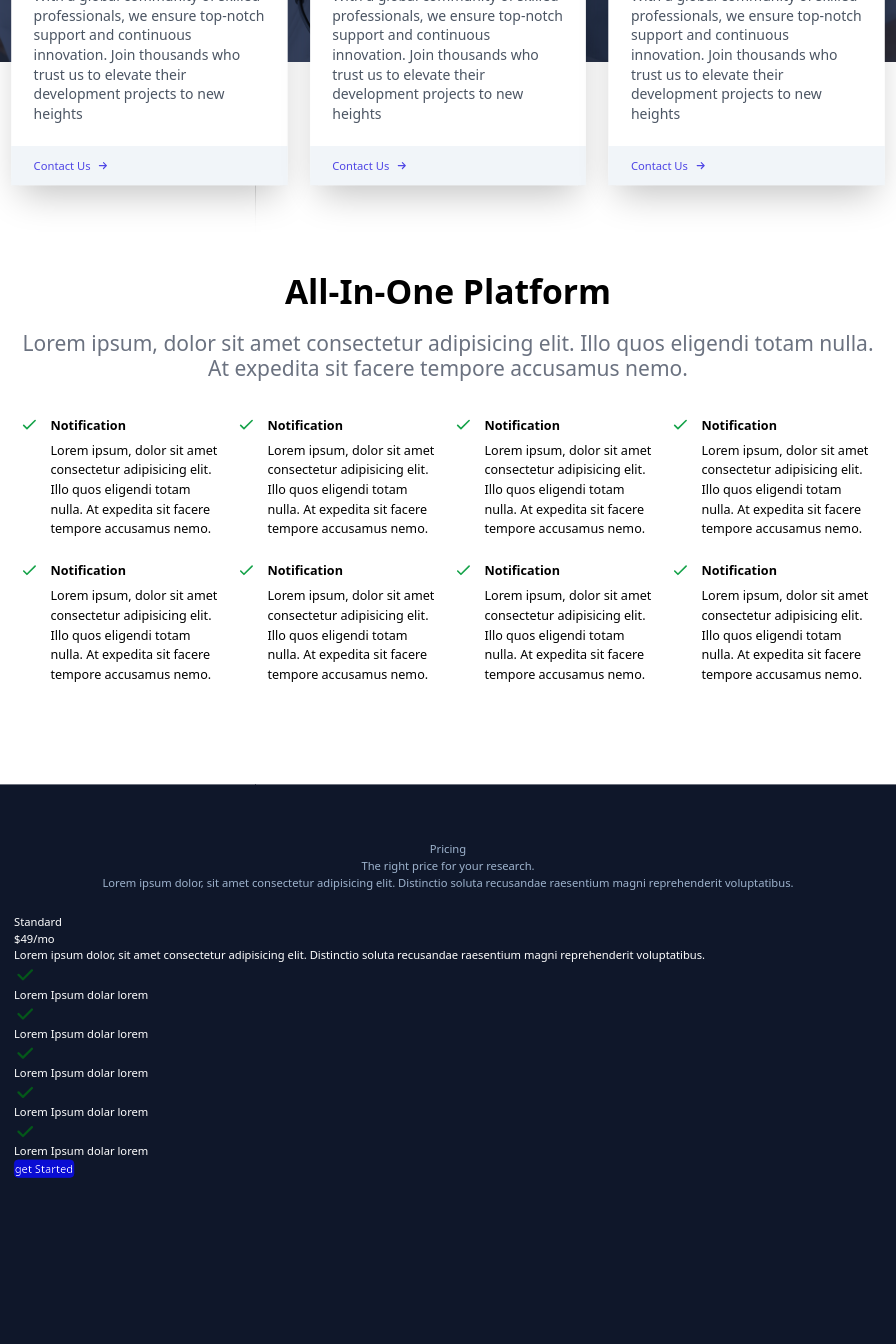
Repository: adrcstro/react-project-2
Page: /
The author's editor kept a copy of each file at every save. The page is drawn from the files as they stood at one save, then again after the next save.
The browser window is 1280 px wide. The pictures show the part of the page from y = 1882 to 3802 px (the page is 3802 px tall), at 70% of full size.
The project was rebuilt for these pictures with package versions that can differ from the ones it lists, and the page was loaded fresh each time.

Above is the page before, as saved 2024-08-16 07:48:51.

### src/index.js
import React from 'react';
import ReactDOM from 'react-dom/client';
import './index.css';
import App from './App';

const root = ReactDOM.createRoot(document.getElementById('root'));
root.render(

    <App />

);

### src/index.css
@tailwind base;
@tailwind components;
@tailwind utilities;

@layer base{
    li{
       @apply p-4
    }
    button{
        @apply text-white border bg-indigo-600 border-indigo-600
        hover:bg-transparent hover:text-indigo-600 rounded-md
    }
}

### src/App.js
import About from "./components/About";
import AllinOne from "./components/AllinOne";
import Hero from "./components/Hero";
import Navbar from "./components/Navbar";
import Pricing from "./components/Pricing";
import Support from "./components/Support";



function App() {
  return (
    <>
<Navbar/>
<Hero/>
<About />
<Support />
<AllinOne/>
<Pricing />
    </>

  );
}

export default App;

### src/components/About.jsx
import React from 'react'

function About() {
  return (
    <div className='w-full my-32'>
        <div className='max-w-[1240px] mx-auto'>
          <div className='text-center'>
            <h2 className='text-5xl font-bold'>Trusted by developers across the world</h2>
            <p className='text-3xl py6 text-gray-500 px-3'>Trusted by developers across the world, our platform stands as a reliable choice for building robust
             applications. With a global community of skilled professionals.</p>
          </div>

          <div className='grid md:grid-cols-3 gap-3 px-2 text-center mt-4'>
             <div className='border py-8 rounded-xl shadow-xl'>
              <p className='text-6xl font-bold text-indigo-600'>100%</p>
              <p className='text-gray-400 mt-2'>Completion</p>
             </div>
             <div className='border py-8 rounded-xl shadow-xl'>
              <p className='text-6xl font-bold text-indigo-600'>24/7</p>
              <p className='text-gray-400 mt-2'>Delivery</p>
             </div>
             <div className='border py-8 rounded-xl shadow-xl'>
              <p className='text-6xl font-bold text-indigo-600'>100K</p>
              <p  className='text-gray-400 mt-2'>Transaction</p>
             </div>
          </div>
        </div>
    </div>
  )
}

export default About

### src/components/AllinOne.jsx
import React from 'react'
import { CheckIcon } from '@heroicons/react/outline'
function AllinOne() {
  return (
    <div className='w-full my-32'>
        <div className='max-w-[1240px] mx-auto px-2'>
            <h2 className='text-5xl font-bold text-center'>All-In-One Platform</h2>
            <p className='text-3xl py-8 text-gray-500 text-center'>Lorem ipsum, dolor sit amet consectetur adipisicing elit. Illo quos eligendi
            totam nulla. At expedita sit facere tempore accusamus nemo.</p>
        <div className='grid sm:grid-cols-2 lg:grid-cols-4 gap-4 pt-4'>

            <div>
                <div className='flex'>
                <div>
                <CheckIcon className='w-7 mr-4 text-green-600'/>
                </div>
                    <div className=''>
                        <h3 className='font-bold text-lg'>Notification</h3>
                        <p className='text-lg pt-2 pb-4'>Lorem ipsum, dolor sit amet consectetur adipisicing elit. Illo quos eligendi
                        totam nulla. At expedita sit facere tempore accusamus nemo.</p>
                    </div>
                </div>
            </div>
            <div>
                <div className='flex'>
                <div>
                <CheckIcon className='w-7 mr-4 text-green-600'/>
                </div>
                    <div className=''>
                        <h3 className='font-bold text-lg'>Notification</h3>
                        <p className='text-lg pt-2 pb-4'>Lorem ipsum, dolor sit amet consectetur adipisicing elit. Illo quos eligendi
                        totam nulla. At expedita sit facere tempore accusamus nemo.</p>
                    </div>
                </div>
            </div>
            <div>
                <div className='flex'>
                <div>
                <CheckIcon className='w-7 mr-4 text-green-600'/>
                </div>
                    <div className=''>
                        <h3 className='font-bold text-lg'>Notification</h3>
                        <p className='text-lg pt-2 pb-4'>Lorem ipsum, dolor sit amet consectetur adipisicing elit. Illo quos eligendi
                        totam nulla. At expedita sit facere tempore accusamus nemo.</p>
                    </div>
                </div>
            </div>
            <div>
                <div className='flex'>
                <div>
                <CheckIcon className='w-7 mr-4 text-green-600'/>
                </div>
                    <div className=''>
                        <h3 className='font-bold text-lg'>Notification</h3>
                        <p className='text-lg pt-2 pb-4'>Lorem ipsum, dolor sit amet consectetur adipisicing elit. Illo quos eligendi
                        totam nulla. At expedita sit facere tempore accusamus nemo.</p>
                    </div>
                </div>
            </div>
            <div>
                <div className='flex'>
                <div>
                <CheckIcon className='w-7 mr-4 text-green-600'/>
                </div>
                    <div className=''>
                        <h3 className='font-bold text-lg'>Notification</h3>
                        <p className='text-lg pt-2 pb-4'>Lorem ipsum, dolor sit amet consectetur adipisicing elit. Illo quos eligendi
                        totam nulla. At expedita sit facere tempore accusamus nemo.</p>
                    </div>
                </div>
            </div>
            <div>
                <div className='flex'>
                <div>
                <CheckIcon className='w-7 mr-4 text-green-600'/>
                </div>
                    <div className=''>
                        <h3 className='font-bold text-lg'>Notification</h3>
                        <p className='text-lg pt-2 pb-4'>Lorem ipsum, dolor sit amet consectetur adipisicing elit. Illo quos eligendi
                        totam nulla. At expedita sit facere tempore accusamus nemo.</p>
                    </div>
                </div>
            </div>
            <div>
                <div className='flex'>
                <div>
                <CheckIcon className='w-7 mr-4 text-green-600'/>
                </div>
                    <div className=''>
                        <h3 className='font-bold text-lg'>Notification</h3>
                        <p className='text-lg pt-2 pb-4'>Lorem ipsum, dolor sit amet consectetur adipisicing elit. Illo quos eligendi
                        totam nulla. At expedita sit facere tempore accusamus nemo.</p>
                    </div>
                </div>
            </div>
            <div>
                <div className='flex'>
                <div>
                <CheckIcon className='w-7 mr-4 text-green-600'/>
                </div>
                    <div className=''>
                        <h3 className='font-bold text-lg'>Notification</h3>
                        <p className='text-lg pt-2 pb-4'>Lorem ipsum, dolor sit amet consectetur adipisicing elit. Illo quos eligendi
                        totam nulla. At expedita sit facere tempore accusamus nemo.</p>
                    </div>
                </div>
            </div>

        </div>
        </div>
    </div>
  )
}

export default AllinOne

### src/components/Hero.jsx
import React from 'react'
import {
  CloudUploadIcon,
  DatabaseIcon,
  PaperAirplaneIcon,
  ServerIcon,
} from '@heroicons/react/solid'

import bgImg from '../assets/cyber-bg.png'

function Hero() {
  return (
    <div className='w-full h-screen bg-zinc-200 flex flex-col justify-between'>
<div className='grid md:grid-cols-2 max-w-[1240px] m-auto'>
       <div className='flex flex-col justify-center md:items-start w-full px-2 py-8'>
        <p className='text-2xl'>Unique Sequencing & Production</p>
        <h1 className='py-3 text-5xl md:text-7xl font-bold'>Cloud Management</h1>
        <p className='text-2xl'>This is our Tech brand</p>
        <button className='py-3 px-6 sm:w-[60%] my-4 '>Get Started</button>
       </div>
       <div>
    <img className='w-full' src={bgImg} alt='/' />
       </div>
<div className='absolute flex flex-col py-8 md:min-w-[760px] bottom-[5%] mx-1 md:left-1/2
transform md:-translate-x-1/2 bg-zinc-200 border border-slate-300 rounded-xl text-center shadow-xl'>
  <p>Data Services</p>
  <div className='flex justify-between flex-wrap px-4'>
    <p className='flex px-4 py-2 text-slate-500'><CloudUploadIcon className='h-6 text-indigo-600' /> App Security</p>
    <p className='flex px-4 py-2 text-slate-500'><DatabaseIcon className='h-6 text-indigo-600' /> Dashboard</p>
    <p className='flex px-4 py-2 text-slate-500'><PaperAirplaneIcon className='h-6 text-indigo-600' /> Cloud Data</p>
    <p className='flex px-4 py-2 text-slate-500'><ServerIcon className='h-6 text-indigo-600' /> API</p>
  </div>
</div>
</div>
    </div>
  )
}

export default Hero

### src/components/Navbar.jsx
import React ,{useState} from 'react'
import {MenuIcon, XIcon} from '@heroicons/react/outline'

function Navbar() {

const [nav, setNav] = useState(false)
const handleClick = () => setNav(!nav)



  return (
    <div className='w-screen h-[80px] z-10 bg-zinc-200 fixed drop-shadow-lg'>
    <div className='px-2 flex justify-between items-center  w-full h-full'>
<div className='flex items-center'>
  <h1 className='text-3xl font-bold mr-4 sm:text-4xl'>BRANS.</h1>
  <ul className='hidden  md:flex'>
<li>Home</li>
<li>About</li>
<li>Support</li>
<li>Platforms</li>
<li>Pricing</li>
  </ul>
</div>
<div className='hidden md:flex pr-4'>
  <button className='border-none bg-transparent text-black mr-4'>Sign In</button>
  <button className='px-8 py-3'>Sign Up</button>
</div>

    <div  className='md:hidden mr-4' onClick={handleClick}>
    {!nav ? <MenuIcon className="w-5"/> : <XIcon className='w-5'/>}

    </div>
    </div>
<ul className={!nav ? 'hidden' : 'absolute bg-zinc-200 w-full px-8'}>
<li className='border-b-2 border-zinc-300 w-full'>Home</li>
<li className='border-b-2 border-zinc-300 w-full'>About</li>
<li className='border-b-2 border-zinc-300 w-full'>Support</li>
<li className='border-b-2 border-zinc-300 w-full'>Platforms</li>
<li className='border-b-2 border-zinc-300 w-full'>Pricing</li>
<div className='flex flex-col my-4'>
<button className='bg-transparent  text-indigo-600 px-8 py-3 mb-4'>Sign In</button>
<button className='px-8 py-3'>Sign Up</button>
</div>
</ul>

    </div>

  )
}

export default Navbar

### src/components/Pricing.jsx
import React from 'react'
import { CheckIcon } from '@heroicons/react/solid'
function Pricing() {
  return (
    <div className='w-full text-white my-24'>
        <div className='w-full h-[800px] bg-slate-900 absolute mix-blend-overlay'></div>
        <div className='max-w-[1240px] mx-auto py-12'>
        <div className='text-center py-8 text-slate-300'>
            <h2  >Pricing</h2>
            <h3>The right price for your
            research.</h3>
            <p>Lorem ipsum dolor, sit amet consectetur
             adipisicing elit. Distinctio soluta recusandae
             raesentium magni reprehenderit voluptatibus.</p>
        </div>
       <div>
        <div>
            <span>Standard</span>
            <div>
                <p>$49<span>/mo</span></p>
            </div>
            <p>Lorem ipsum dolor, sit amet consectetur
             adipisicing elit. Distinctio soluta recusandae
             raesentium magni reprehenderit voluptatibus.</p>
             <div>
                <p><CheckIcon className='w-8 mr-5 text-green-600'/> Lorem Ipsum dolar lorem</p>
                <p><CheckIcon className='w-8 mr-5 text-green-600'/> Lorem Ipsum dolar lorem</p>
                <p><CheckIcon className='w-8 mr-5 text-green-600'/> Lorem Ipsum dolar lorem</p>
                <p><CheckIcon className='w-8 mr-5 text-green-600'/> Lorem Ipsum dolar lorem</p>
                <p><CheckIcon className='w-8 mr-5 text-green-600'/> Lorem Ipsum dolar lorem</p>
                <button>get Started</button>
             </div>
        </div>
       </div>



        </div>
    </div>
  )
}

export default Pricing

### src/components/Support.jsx
import React from 'react'
import {PhoneIcon, ArrowSmRightIcon} from '@heroicons/react/outline';
import {ChipIcon, SupportIcon} from '@heroicons/react/solid'

import supportImg from '../assets/support.jpg'
function Support() {
  return (
    <div className='w-full  mt-24'>
        <div className='w-full h-[700px] bg-gray-900/90 absolute'>
            <img className='w-full h-full object-cover mix-blend-overlay' src={supportImg} alt='/' />
        </div>
        <div className='w-max-w-[1240px] mx-auto text-white relative'>
            <div className='px-4 py-12'>
                <h2 className='text-3xl pt-8 text-slate-300 uppercase text-center'>Support</h2>
                <h3 className='text-5xl font-bold py-6 text-center'>Finding the right team</h3>
                <p className='py-4 text-3xl text-center text-slate-300 '>With a global community of skilled professionals, we ensure top-notch support and continuous innovation. Join thousands
                 who trust us to elevate their development projects to new heights</p>
            </div>


            <div className='grid grid-cols-1 lg:grid-cols-3 relative gap-x-8 gap-y-16 px-4 pt-12 sm:pt-20 text-black'>
            <div className='bg-white rounded-xl shadow-2xl'>
                 <div className='p-8'>
                    <PhoneIcon className='w-16 p-4 bg-indigo-600 text-white rounded-lg mt-[-4rem]'/>
                    <h3 className='font-bold text-2xl my-6'>Sales</h3>
                    <p className='text-gray-600 text-xl '>With a global community of skilled professionals, we ensure top-notch support and continuous innovation. Join thousands who trust us to elevate their development projects to new heights</p>
                 </div>
                 <div className='bg-slate-100 pl-8 py-4'>
                    <p className='flex items-center text-indigo-600'>Contact Us <ArrowSmRightIcon className='w-5 ml-2'/> </p>
                 </div>
            </div>
            <div className='bg-white rounded-xl shadow-2xl'>
                 <div className='p-8'>
                    <SupportIcon className='w-16 p-4 bg-indigo-600 text-white rounded-lg mt-[-4rem]'/>
                    <h3 className='font-bold text-2xl my-6'>Technical Support</h3>
                    <p className='text-gray-600 text-xl '>With a global community of skilled professionals, we ensure top-notch support and continuous innovation. Join thousands who trust us to elevate their development projects to new heights</p>
                 </div>
                 <div className='bg-slate-100 pl-8 py-4'>
                    <p className='flex items-center text-indigo-600'>Contact Us <ArrowSmRightIcon className='w-5 ml-2'/> </p>
                 </div>
            </div>
            <div className='bg-white rounded-xl shadow-2xl'>
                 <div className='p-8'>
                    <ChipIcon className='w-16 p-4 bg-indigo-600 text-white rounded-lg mt-[-4rem]'/>
                    <h3 className='font-bold text-2xl my-6'>Media Inquiries</h3>
                    <p className='text-gray-600 text-xl '>With a global community of skilled professionals, we ensure top-notch support and continuous innovation. Join thousands who trust us to elevate their development projects to new heights</p>
                 </div>
                 <div className='bg-slate-100 pl-8 py-4'>
                    <p className='flex items-center text-indigo-600'>Contact Us <ArrowSmRightIcon className='w-5 ml-2'/> </p>
                 </div>
            </div>
        </div>
    </div>
    </div>
  )
}

export default Support

Loaded but not shown: public/index.html (common file); tailwind.config.js (common file)

After the next save:
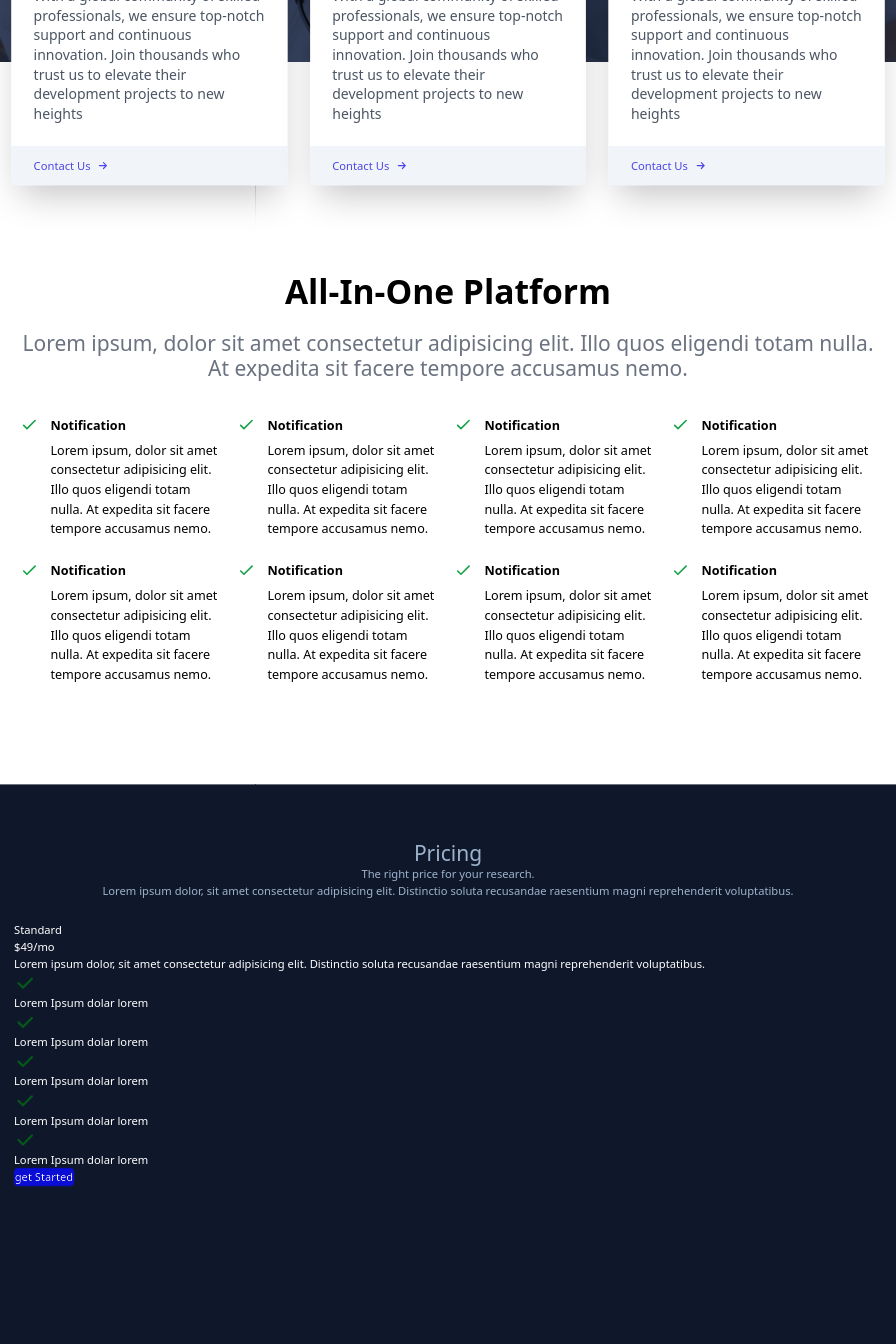
Saved 12 s later.
--- a/src/components/Pricing.jsx
+++ b/src/components/Pricing.jsx
@@ -6,7 +6,7 @@ function Pricing() {
         <div className='w-full h-[800px] bg-slate-900 absolute mix-blend-overlay'></div>
         <div className='max-w-[1240px] mx-auto py-12'>
         <div className='text-center py-8 text-slate-300'>
-            <h2  >Pricing</h2>
+            <h2 className='text-3xl' >Pricing</h2>
             <h3>The right price for your
             research.</h3>
             <p>Lorem ipsum dolor, sit amet consectetur
